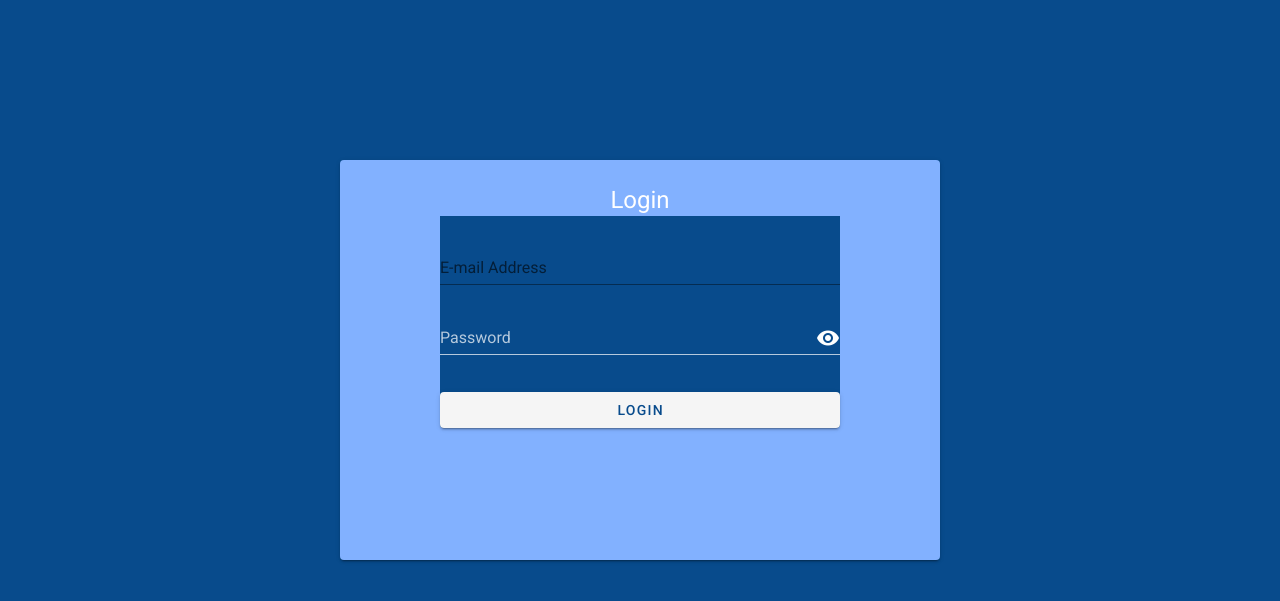
Repository: Grace229/Login
Page: /
An editor plug-in stored every save of this project. The page is shown before and after the next save, followed by the edit.
The browser window is 1280 px wide. The pictures show the whole page.
The project was rebuilt for these pictures with package versions that can differ from the ones it lists, and the page was loaded fresh each time. Also part of the build but not shown: vue.config.js. Imported but missing from the stored project, and not drawn on this page: src/views/About.vue.

Above is the page before, as saved 2021-02-15 17:07:31.

### src/App.vue
<template>
  <v-app>
    <v-main><router-view></router-view> </v-main>
  </v-app>
</template>

<script>
export default {
  name: "App",

  components: {},

  data: () => ({
    //
  }),
};
</script>

### src/plugins/vuetify.js
import Vue from "vue";
import Vuetify from "vuetify/lib/framework";

Vue.use(Vuetify);

export default new Vuetify({
  theme: {
    options: {
      customProperties: true,
    },
    themes: {
      light: {
        primary: "#084b8c",
        secondary: "#424242",
        accent: "#82B1FF",
        error: "#FF5252",
        info: "#2196F3",
        success: "#4CAF50",
        warning: "#FFC107",
      },
    },
  },
});

### src/views/Home.vue
<template>
  <main
    style="min-height:100vh"
    class="fill-height primary white--text d-flex flex-column justify-center pa-4"
  >
    <v-container>
      <v-card class="mx-auto accent" max-width="600" height="400">
        <header>
          <div class="headline text-center pt-6 white--text">
            Login
          </div>
        </header>
        <div
          class="pt-5 mx-auto primary primary--text"
          style="max-width: 400px;"
        >
          <form v-on:submit.prevent="login()">
            <div>
              <v-text-field
                label="E-mail Address"
                v-model="email"
                :rules="[rules.required, rules.email]"
              />
            </div>
            <div>
              <v-text-field
                dark
                v-model="password"
                :rules="[rules.required]"
                label="Password"
                :type="showPassword ? 'text' : 'password'"
                text
                small
                @click:append="showPassword = !showPassword"
                class="transparent text-capitalize"
                :append-icon="showPassword ? 'mdi-eye-off' : 'mdi-eye'"
              >
              </v-text-field>
              <div class="pt-4">
                <v-btn block class="primary--text" type="submit">Login</v-btn>
              </div>
            </div>
          </form>
        </div>
      </v-card>
    </v-container>
  </main>
</template>

<script>
import axios from "axios";
import router from "../router";
export default {
  data() {
    return {
      email: "",
      password: "",
      FORM: {},
      showPassword: false,
      rules: {
        required: (value) => !!value || "Required.",
        counter: (value) => value.length <= 20 || "Max 20 characters",
        email: (value) => {
          const pattern = /^(([^<>()[\]\\.,;:\s@"]+(\.[^<>()[\]\\.,;:\s@"]+)*)|(".+"))@((\[[0-9]{1,3}\.[0-9]{1,3}\.[0-9]{1,3}\.[0-9]{1,3}])|(([a-zA-Z\-0-9]+\.)+[a-zA-Z]{2,}))$/;
          return pattern.test(value) || "Invalid e-mail.";
        },
      },
    };
  },
  methods: {
    login() {
      axios
        .post("https://login-api-grace.herokuapp.com/api/v1/auth/login", {
          email: this.email,
          password: this.password,
        })
        .then(() => {
          router.push({ name: "Profile" });
        })
        .catch((err) => {
          console.log(err);
        });
    },
  },
};
</script>

Loaded but not shown: public/index.html (common file); src/main.js (common file); src/router/index.js (common file); src/store/index.js (common file)

After the next save:
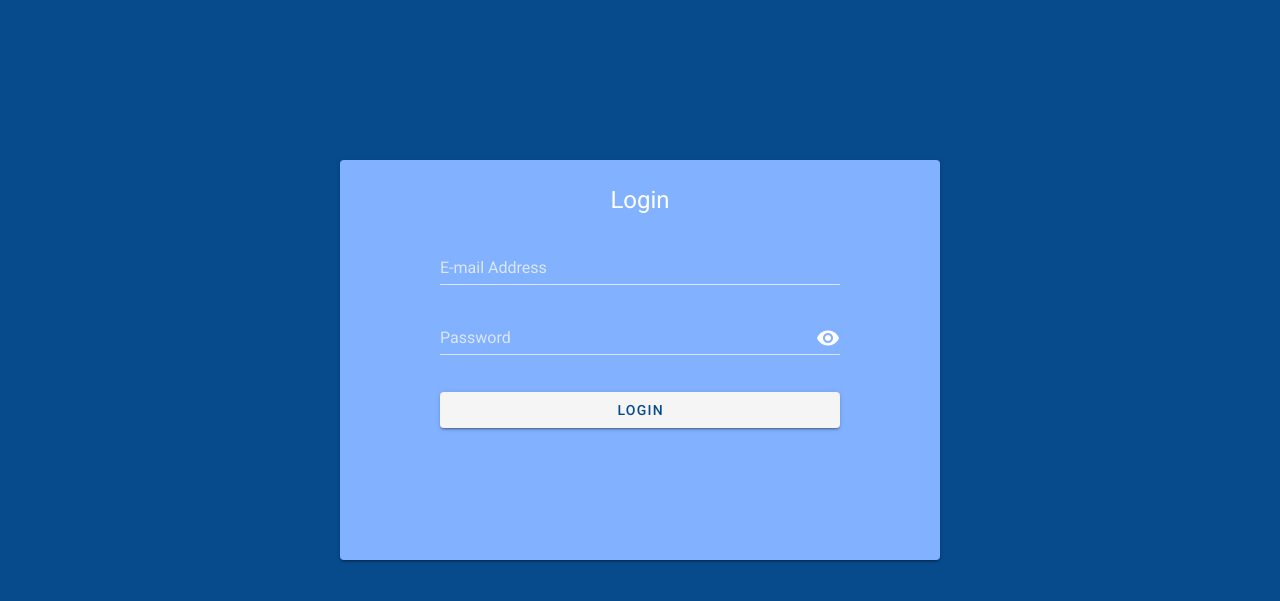
Saved 47 s later.
--- a/src/views/Home.vue
+++ b/src/views/Home.vue
@@ -10,13 +10,11 @@
             Login
           </div>
         </header>
-        <div
-          class="pt-5 mx-auto primary primary--text"
-          style="max-width: 400px;"
-        >
+        <div class="pt-5 mx-auto accent" style="max-width: 400px;">
           <form v-on:submit.prevent="login()">
             <div>
               <v-text-field
+                dark
                 label="E-mail Address"
                 v-model="email"
                 :rules="[rules.required, rules.email]"
